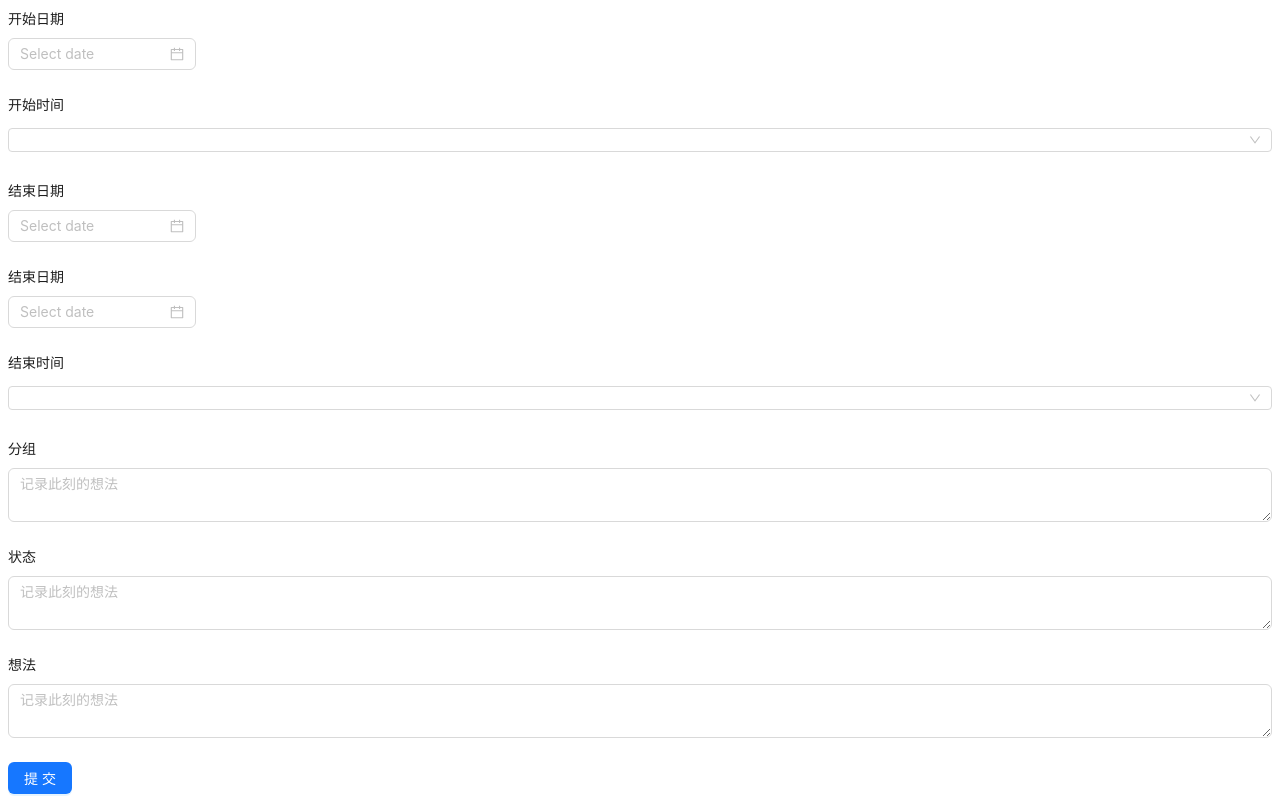
Repository: wujieli0207/time-value-app
Page: /
An editor plug-in stored every save of this project. The page is shown before and after the next save, followed by the edit.
The browser window is 1280 px wide. The pictures show the whole page.
The project was rebuilt for these pictures with package versions that can differ from the ones it lists, and the page was loaded fresh each time. Also part of the build but not shown: vite.config.ts.

Above is the page before, as saved 2024-01-29 10:51:52.

After the next save:
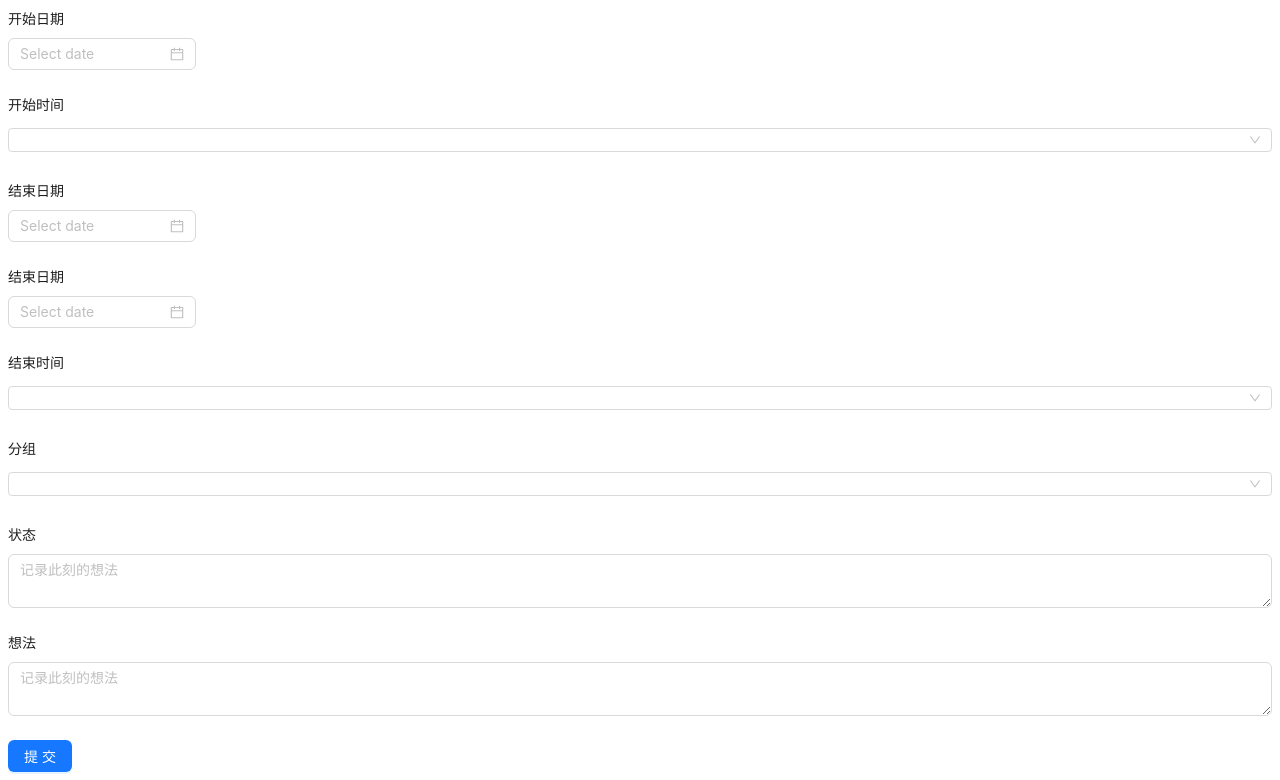
Saved 6 s later.
--- a/src/App.tsx
+++ b/src/App.tsx
@@ -57,7 +57,7 @@ function App() {
         </Form.Item>
 
         <Form.Item<FieldType> name="catagoryId" label="分组">
-          <Input.TextArea placeholder="记录此刻的想法" />
+          <Select size="small" options={timeRange} />
         </Form.Item>
 
         <Form.Item<FieldType> name="status" label="状态">
